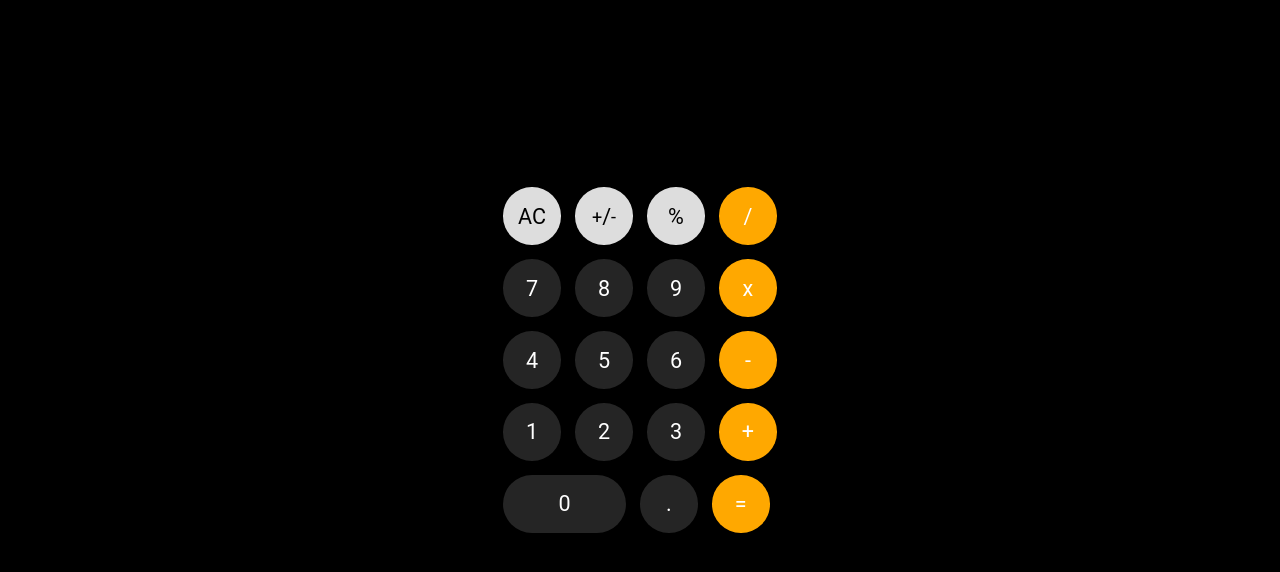
Repository: bombiux/calculadoraJS
Page: index.html
These files come from the project's save history. The page is drawn as it stood at one moment and after the next save; the edit follows.
The browser window is 1280 px wide. The pictures show the whole page.

Above is the page before, as saved 2020-08-08 18:38:00.

### index.html
<!DOCTYPE html>
<html lang="en">
<head>
    <meta charset="UTF-8">
    <meta name="viewport" content="width=device-width, initial-scale=1.0">
    <title>Document</title>
    <link rel="stylesheet" href="style.css">
</head>
<body>
    <div class="calculator">
        <div>
            <div class="special">AC</div>
            <div class="special"><sup>+</sup>/<sub>-</sub></div>
            <div class="special">%</div>
            <div class="operator">/</div>
        </div>
        <div>
            <div class="numbers">7</div>
            <div class="numbers">8</div>
            <div class="numbers">9</div>
            <div class="operator">x</div>
        </div>
        <div>
            <div class="numbers">4</div>
            <div class="numbers">5</div>
            <div class="numbers">6</div>
            <div class="operator">-</div>
        </div>
        <div>
            <div class="numbers">1</div>
            <div class="numbers">2</div>
            <div class="numbers">3</div>
            <div class="operator">+</div>
        </div>
        <div>
            <div class="numbers cero">0</div>
            <div class="numbers">.</div>
            <div class="operator">=</div>
        </div>
    </div>
</body>
</html>

### style.css
body {
    background: black;
    height: 100vh;
    width: 100vw;
    margin: 0;
    padding: 0;
    display: flex;
    justify-content: center;
    align-items: center;
    font-family: roboto;
    font-size: 3vh;
}

.calculator {
    display: flex;
    flex-direction: column;
}

.calculator > div {
    display: flex;
}

.calculator > div > div {
    width: 8vh;
    height: 8vh;
    border-radius: 50%;
    justify-content: center;
    align-items: center;
    display: flex;
    margin: 1vh;
}

.calculator > div > .cero {
    width: 17vh;
    border-radius: 40px;
}

.special {
    background-color: rgb(221, 221, 221)
}

.numbers {
    background-color: rgb(37, 37, 37);
    color: white;
}

.operator {
    background: #ffa800;
    color: white;
}

After the next save:
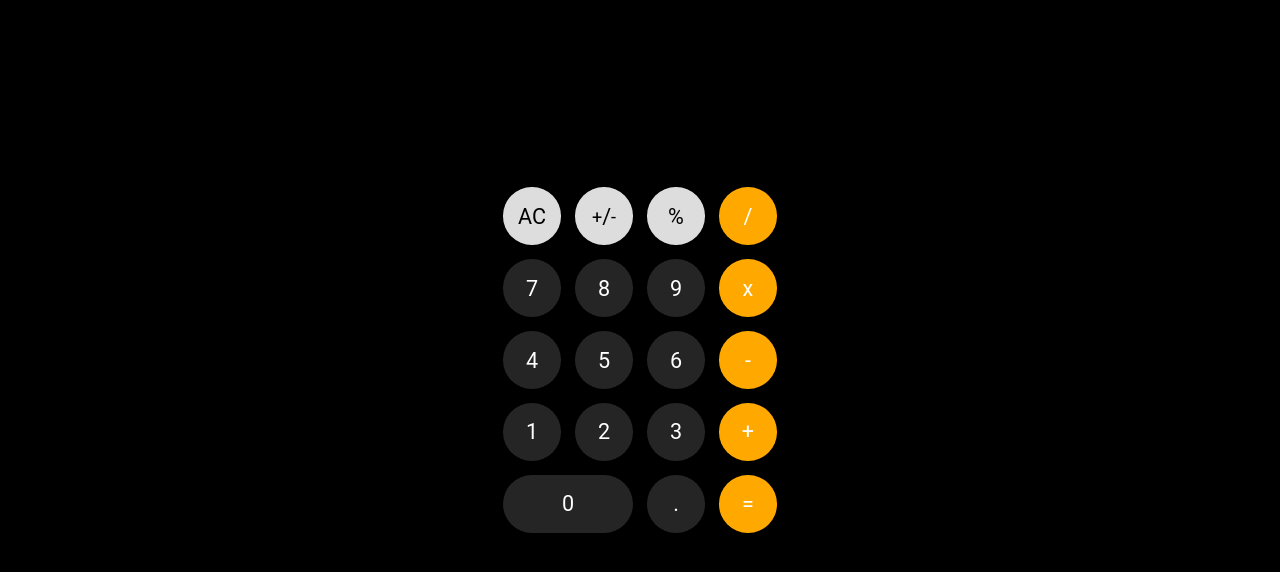
Saved 57 s later.
--- a/style.css
+++ b/style.css
@@ -31,7 +31,7 @@ body {
 }
 
 .calculator > div > .cero {
-    width: 17vh;
+    width: 18vh;
     border-radius: 40px;
 }
 
